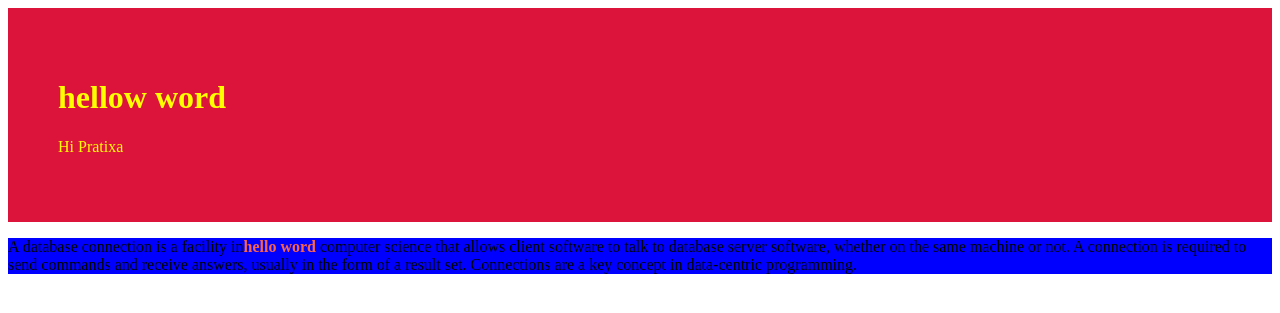
Repository: pratixa-chauhan/practice
Page: style/div.html
The author's editor kept a copy of each file at every save. The page is drawn from the files as they stood at one save, then again after the next save.
The browser window is 1280 px wide. The pictures show the whole page.

Above is the page before, as saved 2021-12-17 11:57:52.

### style/div.html
<html>
    <body>
        <div style="background-color: crimson; color:yellow; padding: 50px;">
        <h1>hellow word</h1>
        <p>
            <tr>Hi</tr>

            Pratixa
            </p>
        </div>
        <p style="background-color:blue;">
             A database connection is a facility in<span style="color: tomato; font-weight: bold;">hello word</span> computer science that allows client software to talk to database server software, whether on the same machine or not. A connection is required to send commands and receive answers, usually in the form of a result set. Connections are a key concept in data-centric programming.
        </p>
    </body>
</html>

After the next save:
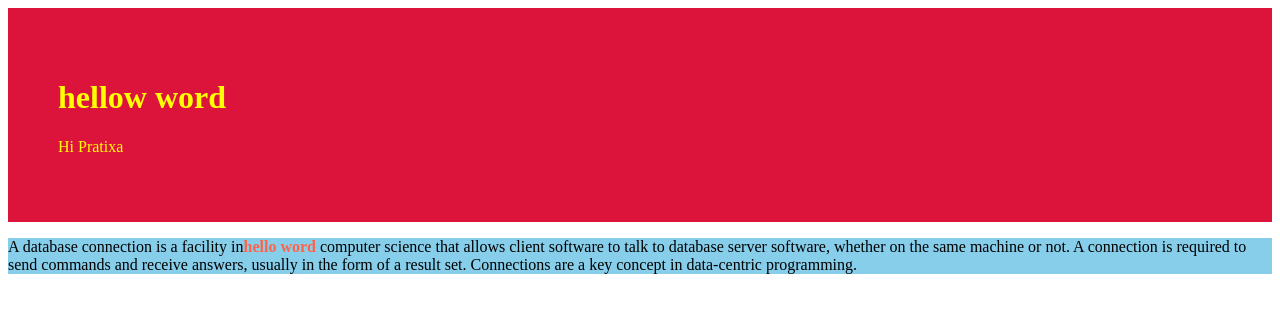
Saved 28 s later.
--- a/style/div.html
+++ b/style/div.html
@@ -8,7 +8,7 @@
             Pratixa
             </p>
         </div>
-        <p style="background-color:blue;">
+        <p style="background-color:skyblue;">
              A database connection is a facility in<span style="color: tomato; font-weight: bold;">hello word</span> computer science that allows client software to talk to database server software, whether on the same machine or not. A connection is required to send commands and receive answers, usually in the form of a result set. Connections are a key concept in data-centric programming.
         </p>
     </body>
